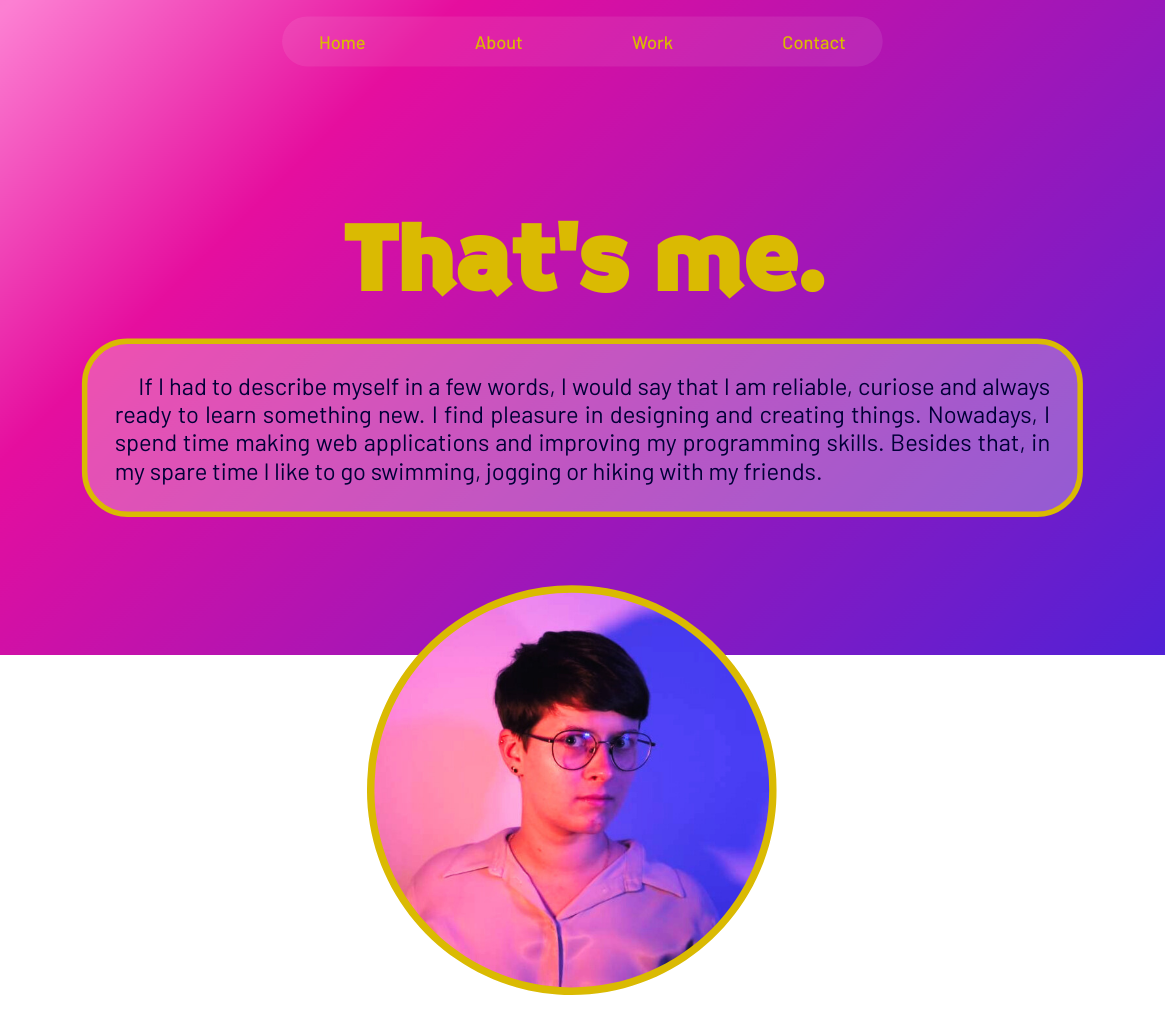
Repository: JJonka/portfolio_site
Page: /about
The author's editor kept a copy of each file at every save. The page is drawn from the files as they stood at one save, then again after the next save.
The browser window is 1280 px wide. The pictures show the whole page, at 91% of full size.
The project was rebuilt for these pictures with package versions that can differ from the ones it lists, and the page was loaded fresh each time. Also part of the build but not shown: vite.config.ts, src/pages/HomePage.tsx, src/components/LogoIcon.module.scss, src/components/LogoIcon.tsx, src/pages/Contact.tsx, src/pages/Work.module.scss, src/pages/Work.tsx.

Above is the page before, as saved 2023-10-08 16:19:18.

After the next save:
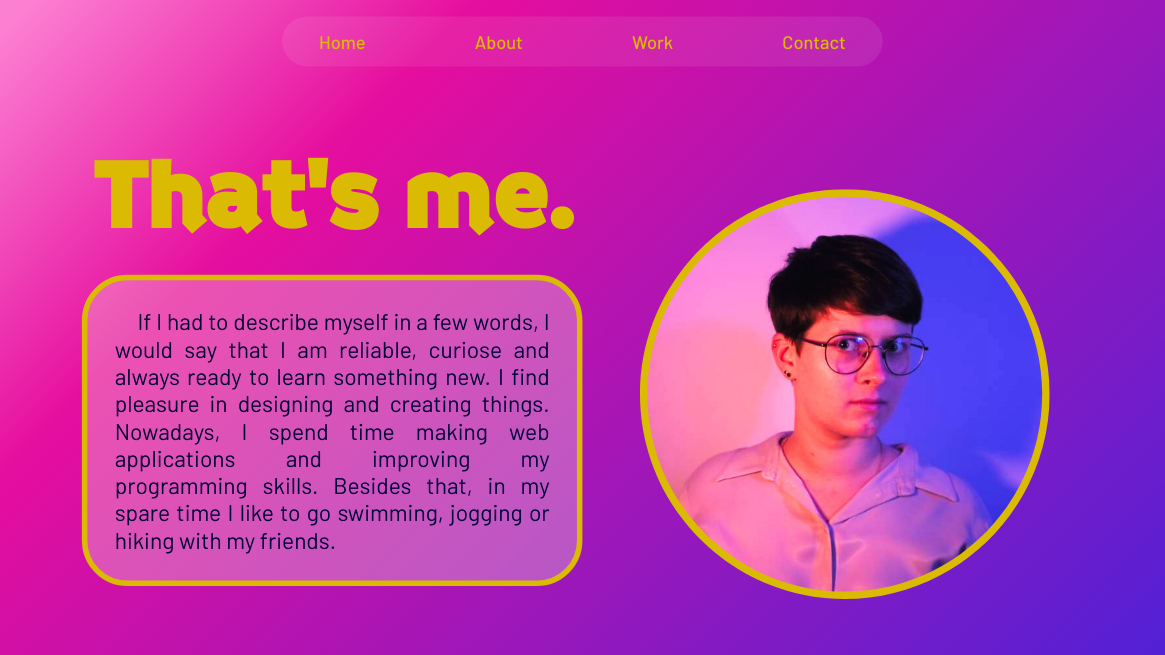
Saved 19 s later.
--- a/src/pages/About.module.scss
+++ b/src/pages/About.module.scss
@@ -18,24 +18,33 @@
 }
 
 .container {
-    align-items: center;
+    justify-content: center;
     display: flex;
-    flex-direction: column;
-    height: 900px;
+    flex-direction: row;
+    height: 500px;
     width: 1100px;
     gap: 50px;
     margin-bottom: 10px;
-    margin-top: 90px;
+    margin-top: 80px;
 }
 
 .image {
-    max-width: 500px;
+    max-width: 100%;
+    max-height: 100%;
 }
 
+.text {
+    height: 400px;
+    width: 550px;
+    display: flex;
+    flex-direction: column;
+    align-items: center;
+    justify-content: center;
+}
 
 .aboutMe {
     font-family: "Barlow-Regular";
-    font-size: 26px;
+    font-size: 25px;
     color:  rgb(0, 0, 55);
     margin: 0;
     padding: 30px;
@@ -50,8 +59,3 @@
     border-width: 6px;
     text-align: justify;
 }
-
-.headerPic {
-    display: flex;
-    flex-direction: row;
-}
